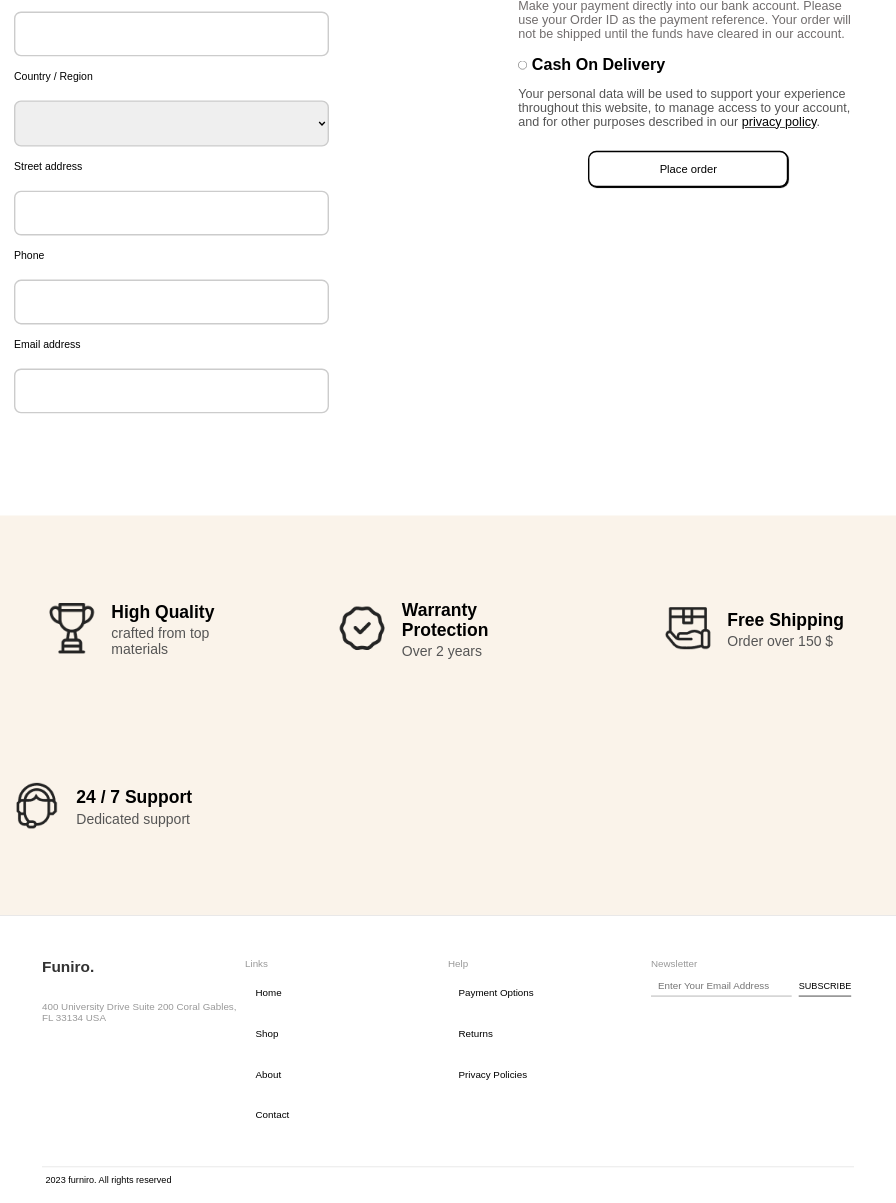
Repository: Ali1Kh/Furniro-ITI
Page: pages/checkout.html
The author's editor kept a copy of each file at every save. The page is drawn from the files as they stood at one save, then again after the next save.
The browser window is 1280 px wide. The pictures show the part of the page from y = 798 to 2718 px (the page is 2516 px tall before and 2718 px after), at 70% of full size.

Above is the page before, as saved 2025-07-19 21:58:35.

After the next save:
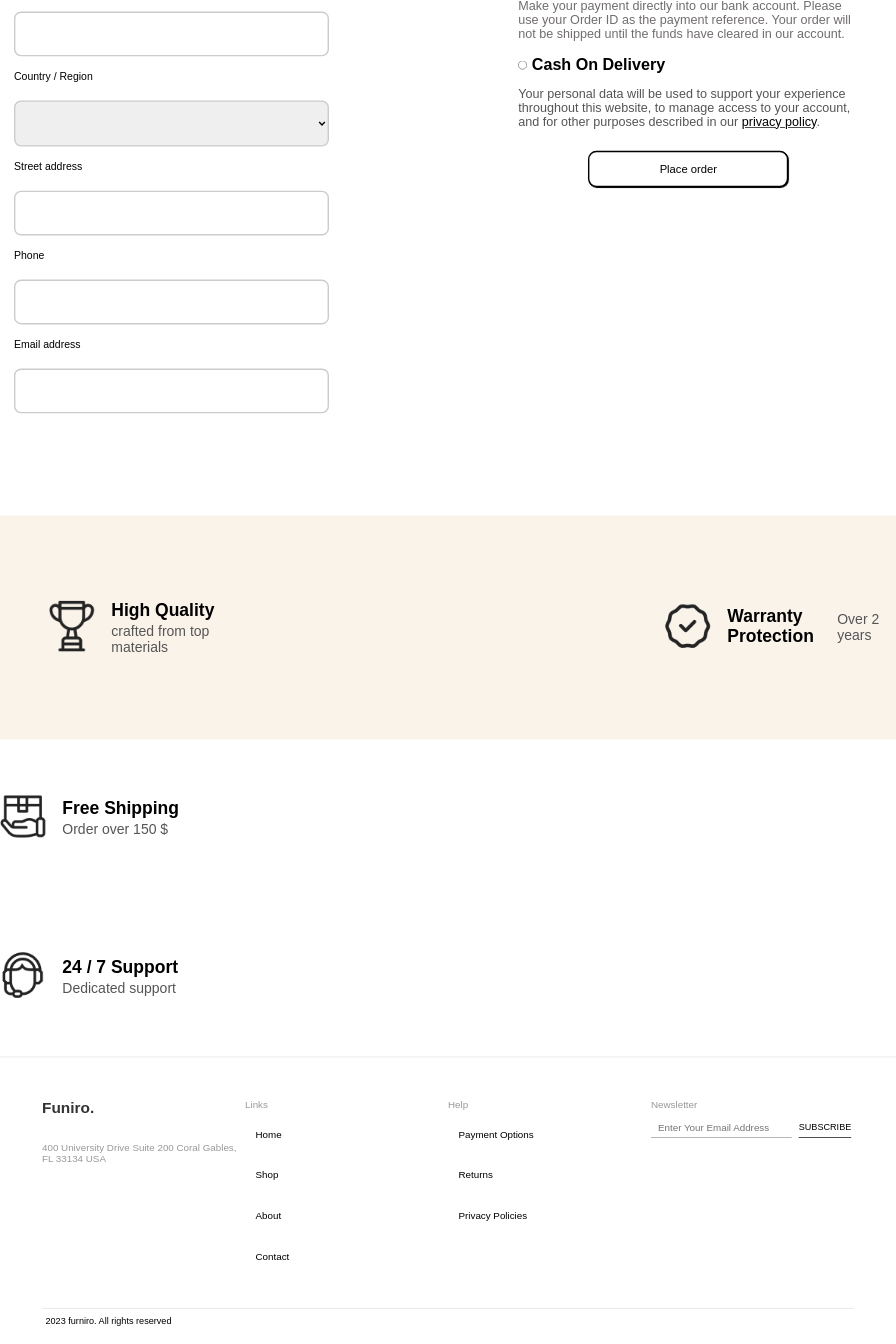
Saved 26 s later.
--- a/pages/checkout.html
+++ b/pages/checkout.html
@@ -162,7 +162,7 @@
       </div>
       <div class="quality-box" style="display: flex; gap: 1.5rem; padding-top: 80px; padding-bottom: 80px;width: 25%;">
         <div><img src="../assets/icons/Group (2).png" alt=""></div>
-        <div class="r">
+
           <h2>Warranty Protection</h2>
           <p>Over 2 years</p>
         </div>
